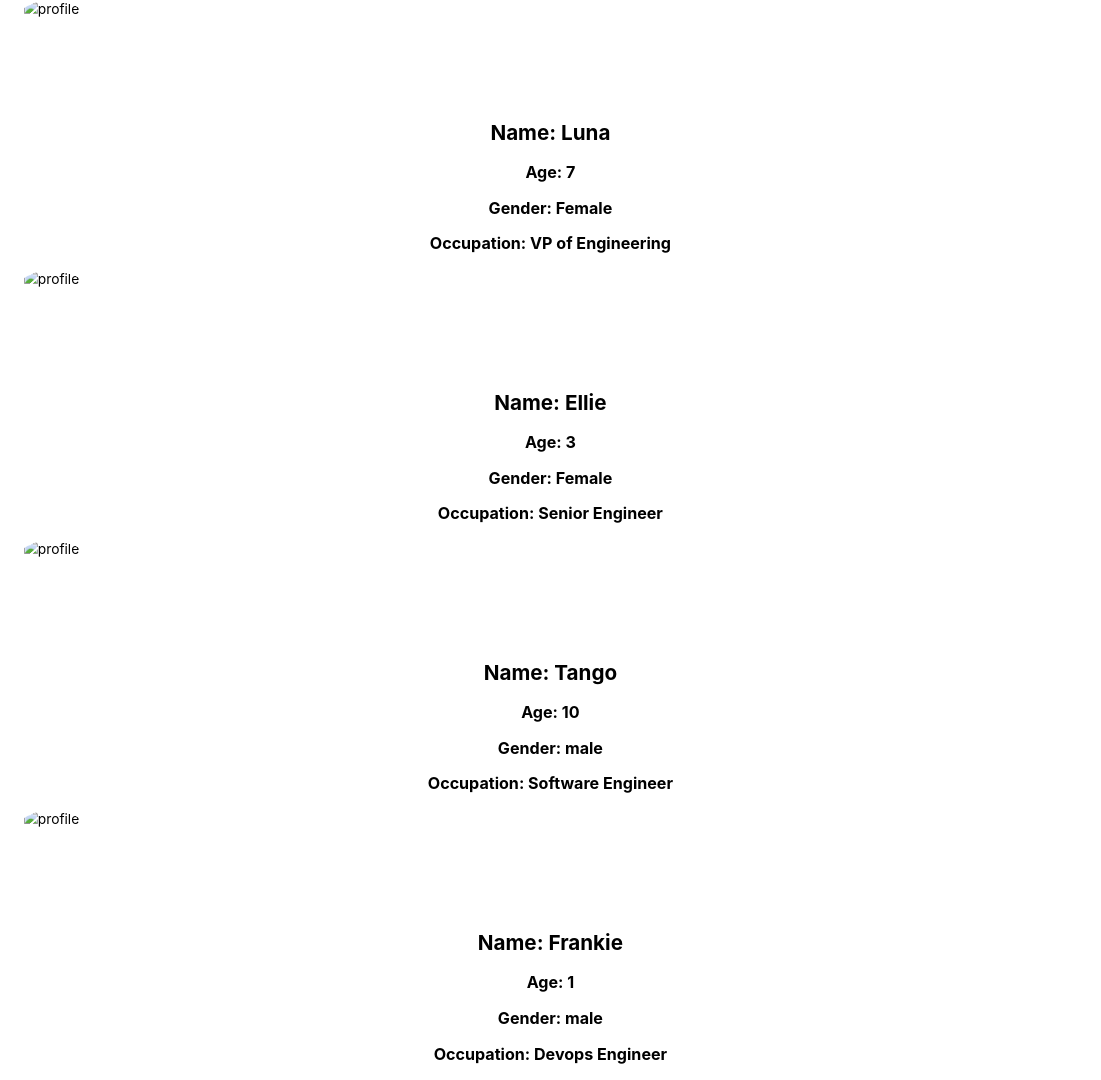
Repository: mahsa199170/React-Props-projects
Page: / (app in profile-app/)
The author's editor kept a copy of each file at every save. The page is drawn from the files as they stood at one save, then again after a run of saves.
The browser window is 1280 px wide. The pictures show the whole page, at 86% of full size.
The project was rebuilt for these pictures with package versions that can differ from the ones it lists, and the page was loaded fresh each time.

Above is the page before, as saved 2024-11-18 15:32:54.

### profile-app/src/App.js
import './App.css';
import Profile from './components/profile/Profile';
import { people } from './personalInfo';

function App() {
  const personInfo = people.map((p) => {
    return <h1>{p.name}</h1>;
  });

  return (
    <div className="App">
      {people.map((person) => {
        const { id, name, age, gender, occupation } = person;
        return (
          <div key={id}>
            <Profile
              name={name}
              age={age}
              occupation={occupation}
              gender={gender}
            />
          </div>
        );
      })}
    </div>
  );
}

export default App;

### profile-app/src/components/profile/Profile.js
import React from 'react';
import Card from '../card/Card';
import './Profile.scss';
import imag1 from '../images/100.png';

const Profile = ({ id, name, age, gender, occupation }) => {
  return (
    <Card>
      <div className="profile-image">
        <img src="" alt="profile" />
      </div>
      <div className="profil-info">
        <h2>Name: {name}</h2>
        <h3>Age: {age}</h3>
        <h3>Gender: {gender}</h3>
        <h3>Occupation: {occupation}</h3>
      </div>
    </Card>
  );
};

export default Profile;

### profile-app/src/personalInfo.js
export const people = [
  {
    id: 1,
    name: 'Luna',
    age: 7,
    gender: 'Female',
    occupation: 'VP of Engineering',
  },
  {
    id: 2,
    name: 'Ellie',
    age: 3,
    gender: 'Female',
    occupation: 'Senior Engineer',
  },
  {
    id: 3,
    name: 'Tango',
    age: 10,
    gender: 'male',
    occupation: 'Software Engineer',
  },
  {
    id: 4,
    name: 'Frankie',
    age: 1,
    gender: 'male',
    occupation: 'Devops Engineer',
  },
];

### profile-app/src/components/card/Card.js
import React from 'react';

const Card = ({ children }) => {
  return <div className="card">{children}</div>;
};

export default Card;

### profile-app/src/components/profile/Profile.scss
.profile-image {
  width: 120px;
  height: 120px;
  border-radius: 50%;
  overflow: hidden;
  margin-bottom: 20px;

  img {
    width: 100%;
    height: 100%;
    object-fit: cover;
  }
}

.profile-info {
  text-align: center;

  h2 {
    font-size: 24px;
    font-weight: bold;
    margin-bottom: 10px;
    color: #333;
  }

  p {
    font-size: 16px;
    margin: 5px 0;
    color: #666;
  }
}

Loaded but not shown: profile-app/public/index.html (common file); profile-app/src/index.js (common file); profile-app/src/index.css (common file); profile-app/src/App.css (common file)

After the next 3 saves:
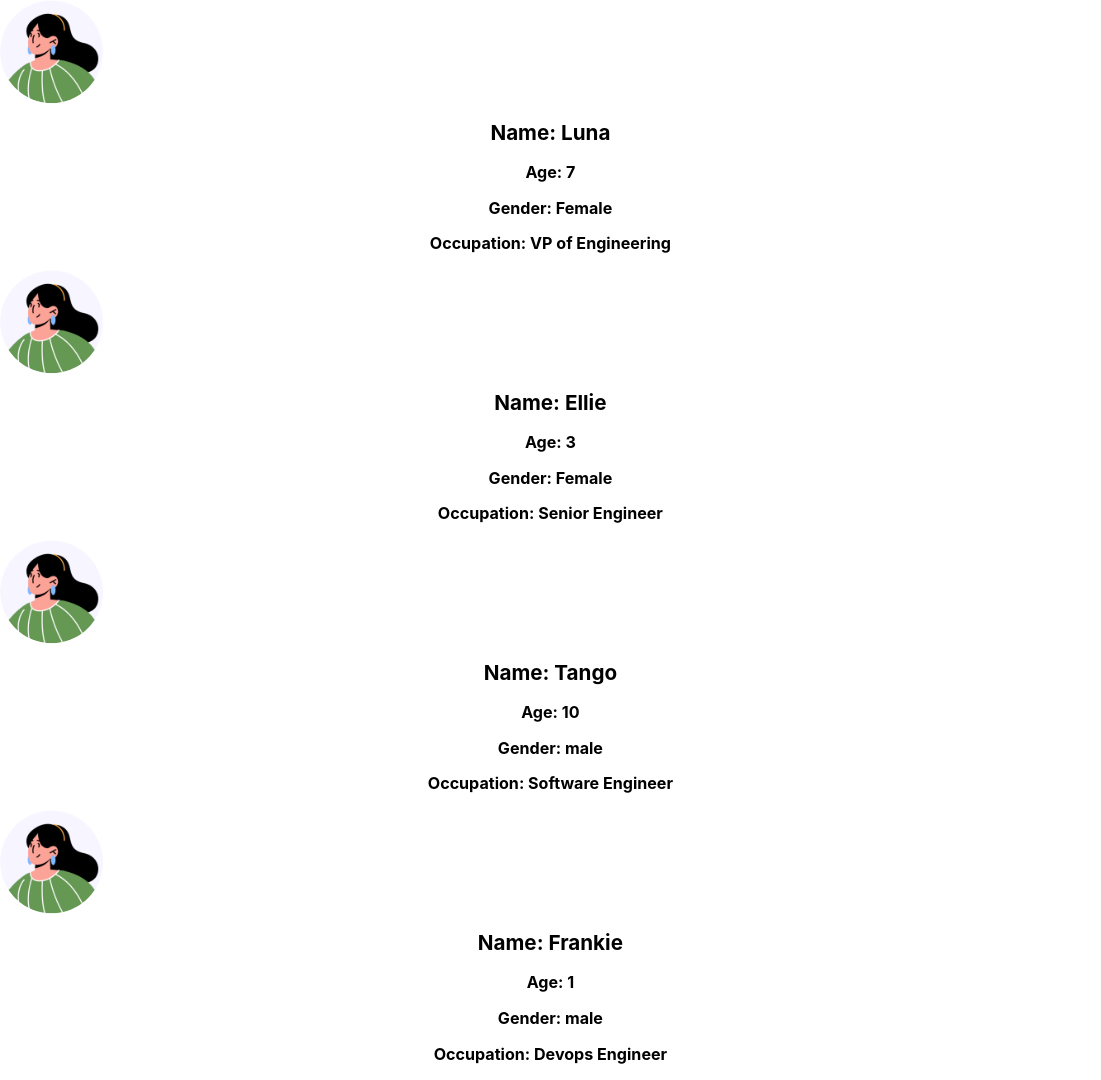
The 3 saves are shown as one change because 2 did not build or start.
The last was saved 50 s later.
--- a/profile-app/src/components/profile/Profile.js
+++ b/profile-app/src/components/profile/Profile.js
@@ -2,12 +2,15 @@
 import Card from '../card/Card';
 import './Profile.scss';
 import imag1 from '../images/100.png';
+import imag2 from '../images/54.png';
+import imag3 from '../images/73.png';
+import imag4 from '../images/94.png';
 
 const Profile = ({ id, name, age, gender, occupation }) => {
   return (
     <Card>
       <div className="profile-image">
-        <img src="" alt="profile" />
+        <img src={imag1} alt="profile" />
       </div>
       <div className="profil-info">
         <h2>Name: {name}</h2>

After the 3 saves that followed:
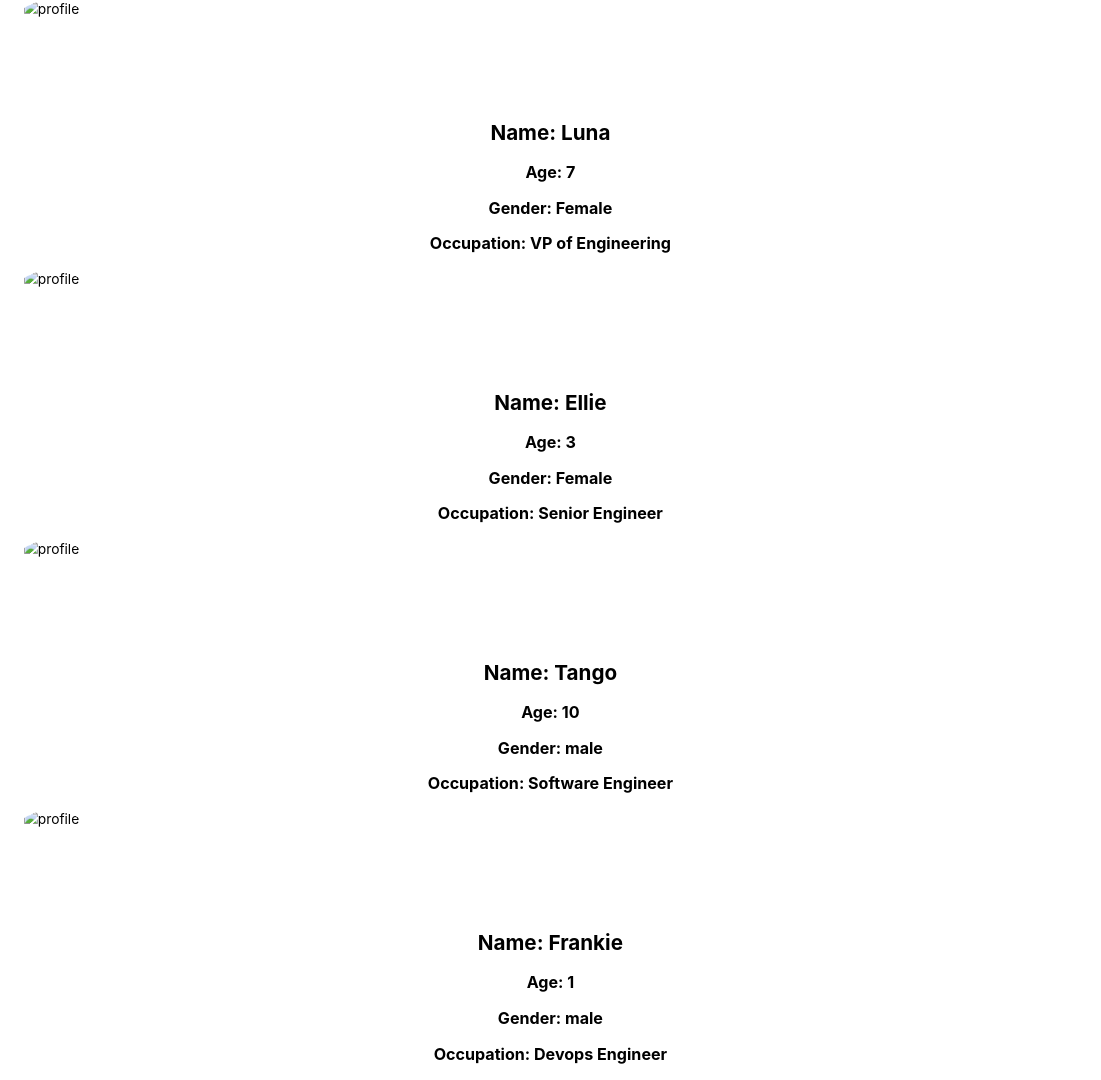
The 3 saves are shown as one change because 2 left the picture as it was.
The last was saved 104 s later.
--- a/profile-app/src/components/profile/Profile.js
+++ b/profile-app/src/components/profile/Profile.js
@@ -6,11 +6,11 @@
 import imag3 from '../images/73.png';
 import imag4 from '../images/94.png';
 
-const Profile = ({ id, name, age, gender, occupation }) => {
+const Profile = ({ id, name, age, gender, occupation, image }) => {
   return (
     <Card>
       <div className="profile-image">
-        <img src={imag1} alt="profile" />
+        <img src={image} alt="profile" />
       </div>
       <div className="profil-info">
         <h2>Name: {name}</h2>
--- a/profile-app/src/personalInfo.js
+++ b/profile-app/src/personalInfo.js
@@ -1,3 +1,4 @@
+import image1 from './components/images/100.png';
 export const people = [
   {
     id: 1,
@@ -5,6 +6,7 @@ export const people = [
     age: 7,
     gender: 'Female',
     occupation: 'VP of Engineering',
+    image: image1,
   },
   {
     id: 2,
